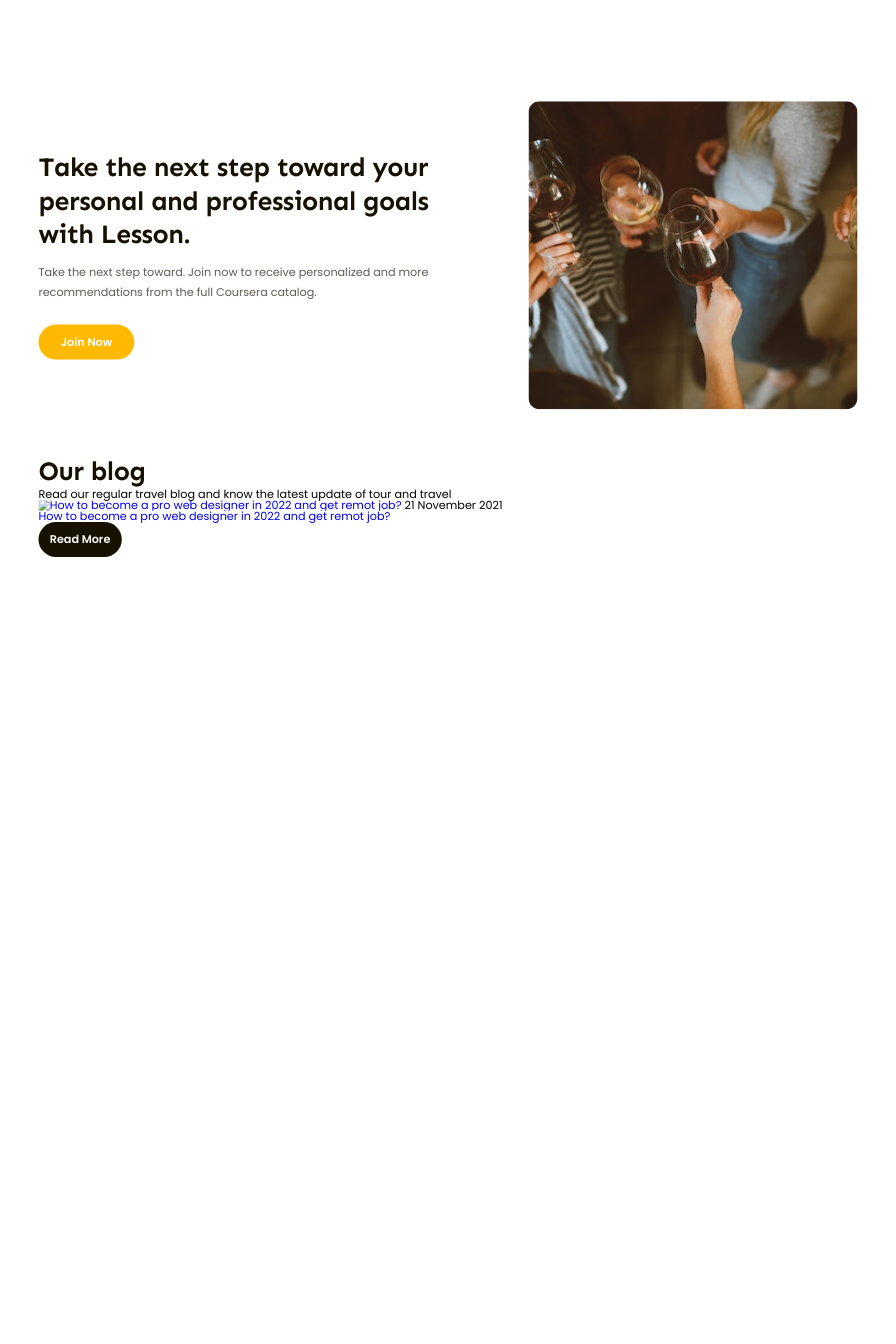
Repository: anhtien111198/f8-htmlcss-02
Page: index.html
These files come from the project's save history. The page is drawn as it stood at one moment and after the next save; the edit follows.
The browser window is 1280 px wide. The pictures show the part of the page from y = 3024 to 4944 px (the page is 5000 px tall), at 70% of full size.
A picture or video elsewhere on the page could not be fetched, so the positions and the page height are approximate.

Above is the page before, as saved 2023-05-09 16:01:52.

After the next save:
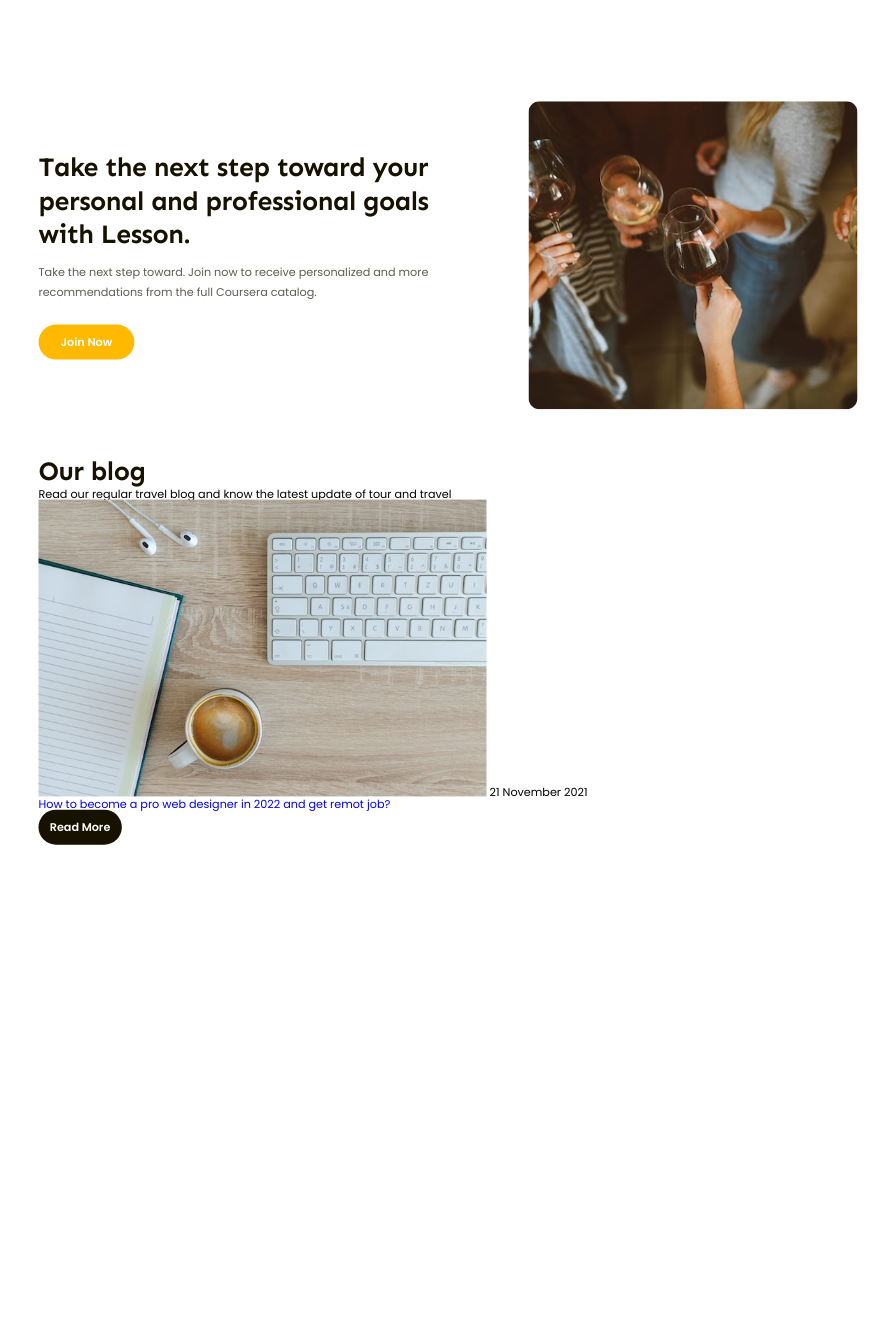
Saved 2 min 8 s later.
--- a/index.html
+++ b/index.html
@@ -474,7 +474,7 @@
                         <div class="item">
                             <a href="#!">
                                 <img
-                                    src=""
+                                    src="./assets/img/blog-1.jpg"
                                     alt="How to become a pro web designer in 2022
                                 and get remot job?"
                                     class="thum"
